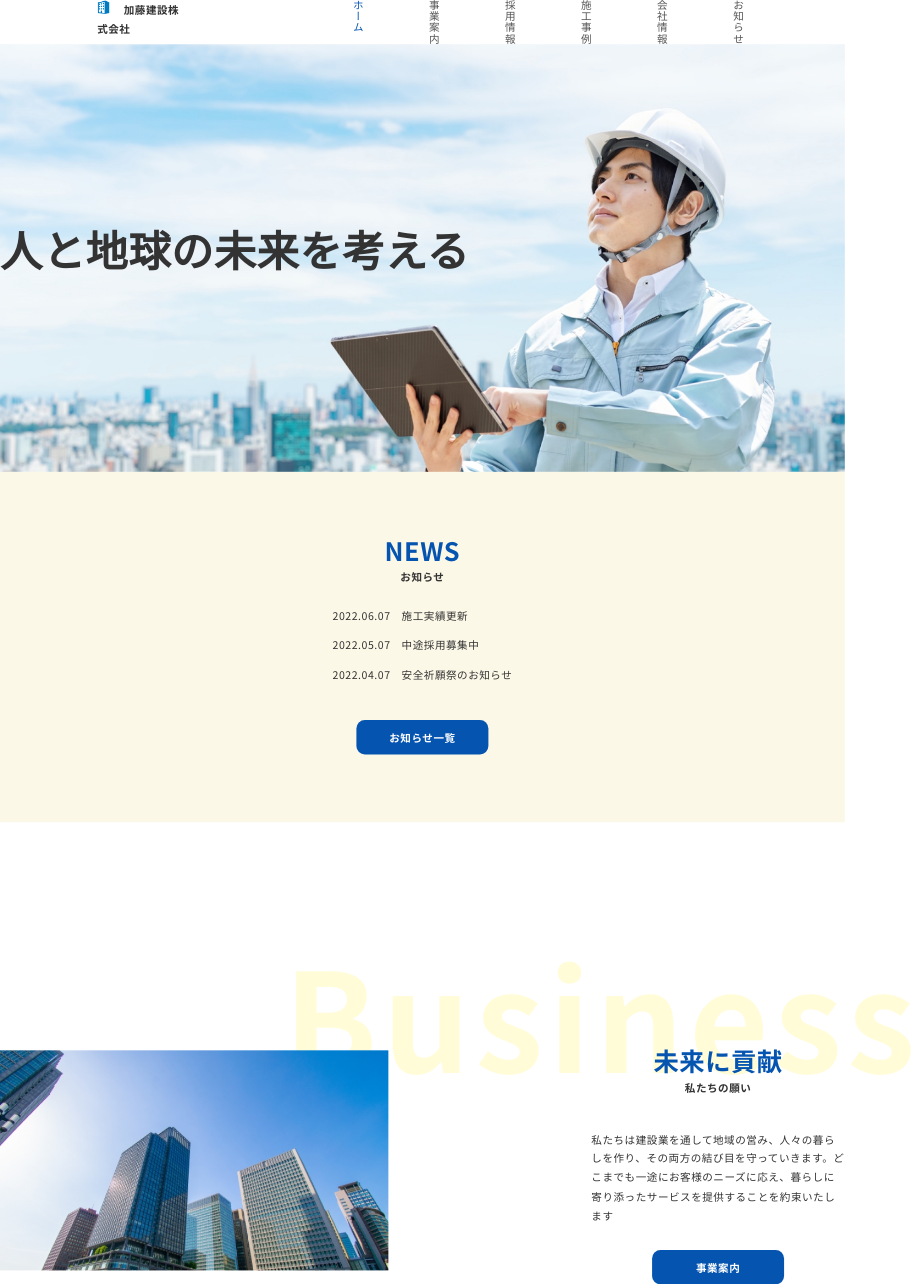
Repository: nozomi-23/hp1_test
Page: index.html
These files come from the project's save history. The page is drawn as it stood at one moment and after the next save; the edit follows.
The browser window is 1280 px wide. The page is 1395 px wide, so the pictures cover 1395 px, including what lies to the right of the window. The pictures show the whole page, at 66% of full size.

Above is the page before, as saved 2022-06-12 15:15:01.

After the next save:
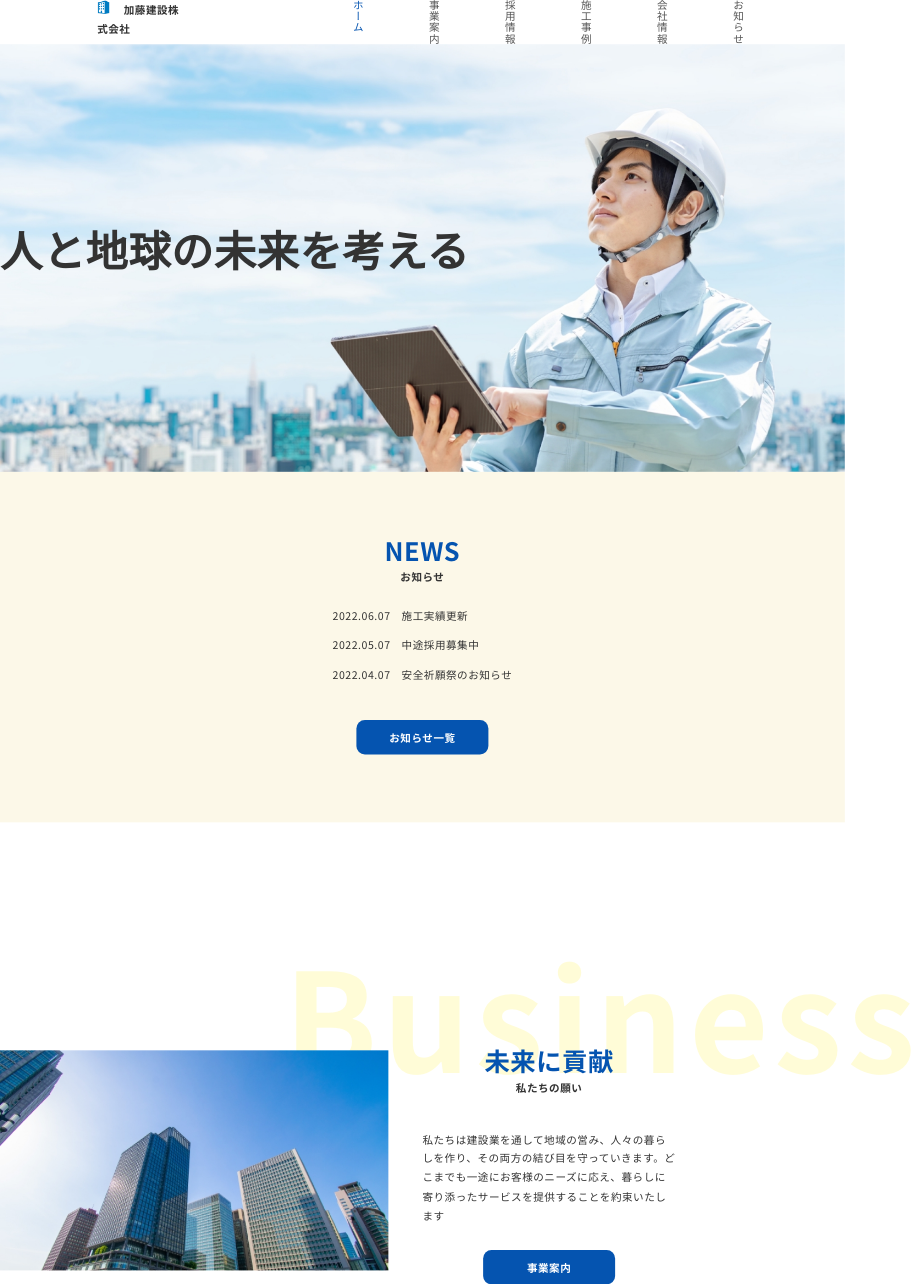
Saved 13 s later.
--- a/css/index.css
+++ b/css/index.css
@@ -101,7 +101,7 @@ business
 }
 .business_block_2 {
   width: 30%;
-  margin-left: 20%;
+  margin-right: 20%;
 }
 
 .business_block_2 p {
